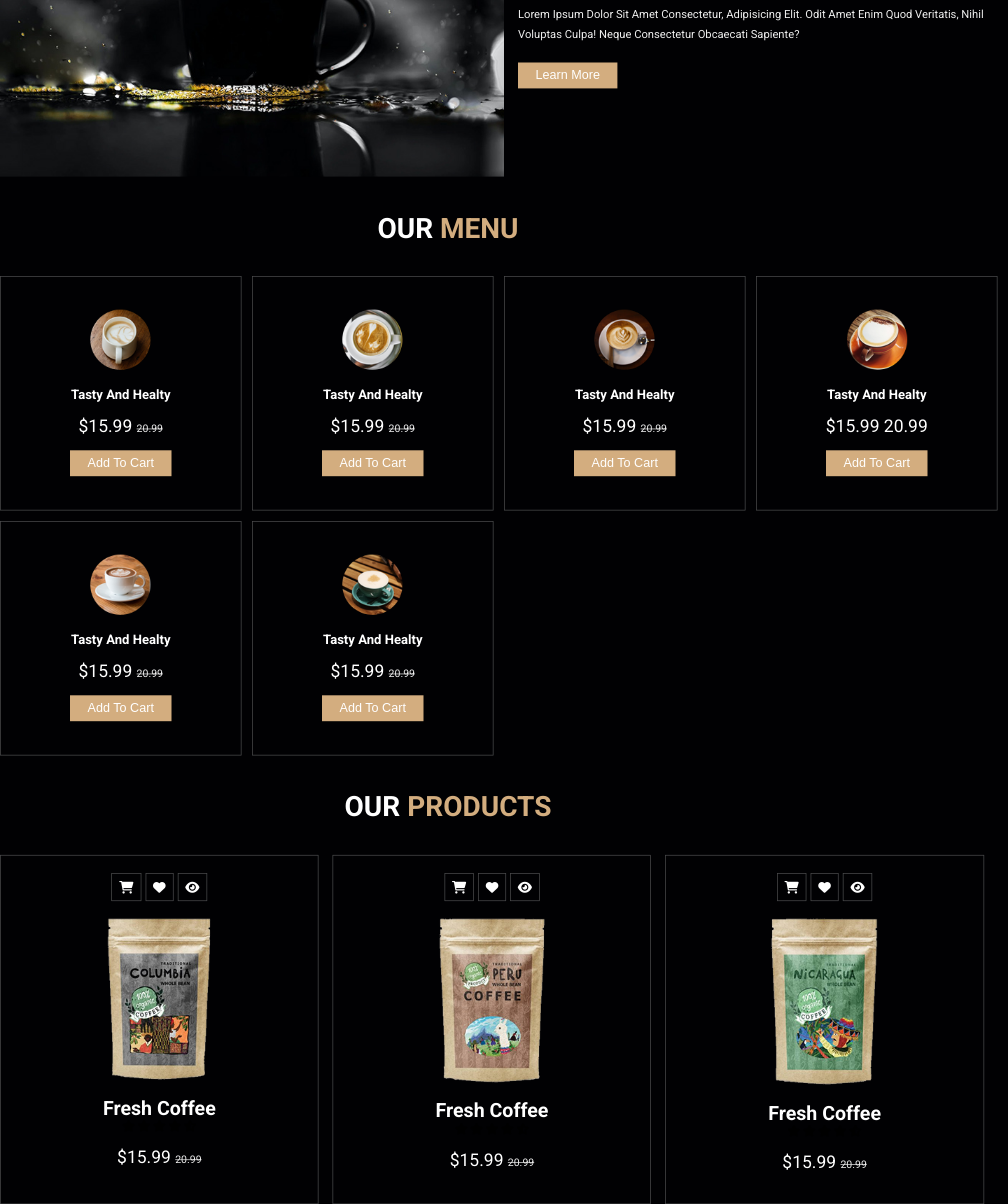
Repository: Dinhthai303/DinhThai
Page: index.html
These files come from the project's save history. The page is drawn as it stood at one moment and after the next save; the edit follows.
The browser window is 1280 px wide. The page is 1440 px wide, so the pictures cover 1440 px, including what lies to the right of the window. The pictures show the part of the page from y = 1346 to 3066 px (the page is 3066 px tall before and 3062 px after), at 70% of full size.

Above is the page before, as saved 2021-11-28 00:57:58.

### index.html
<!DOCTYPE html>
<html lang="en">

<head>
    <meta charset="UTF-8">
    <meta http-equiv="X-UA-Compatible" content="IE=edge">
    <meta name="viewport" content="width=device-width, initial-scale=1.0">
    <title>Document</title>
    <!-- FONT AWESOME -->
    <link rel="stylesheet" href="https://cdnjs.cloudflare.com/ajax/libs/font-awesome/6.0.0-beta3/css/all.min.css"
        integrity="sha512-Fo3rlrZj/k7ujTnHg4CGR2D7kSs0v4LLanw2qksYuRlEzO+tcaEPQogQ0KaoGN26/zrn20ImR1DfuLWnOo7aBA=="
        crossorigin="anonymous" referrerpolicy="no-referrer" />
    <!-- GOOLE FONT -->
    <link rel="preconnect" href="https://fonts.googleapis.com">
    <link rel="preconnect" href="https://fonts.gstatic.com" crossorigin>
    <link href="https://fonts.googleapis.com/css2?family=Roboto:wght@300;400;500;700&display=swap" rel="stylesheet">
    <!-- MAIN CSS -->
    <link rel="stylesheet" href="./css/style.css">
</head>

<body>
    <header class="header">
        <div class="container">
            <div class="header__content">
                <div class="header__logo">
                    <img src="./images/logo.png" alt="">
                </div>
                <ul class="header__menu">
                    <li class="header__item"><a class="header__link" href="#">Home</a></li>
                    <li class="header__item"><a class="header__link" href="#">About</a></li>
                    <li class="header__item"><a class="header__link" href="#">Menu</a></li>
                    <li class="header__item"><a class="header__link" href="#">Product</a></li>
                    <li class="header__item"><a class="header__link" href="#">Review</a></li>
                    <li class="header__item"><a class="header__link" href="#">Contact</a></li>
                    <li class="header__item"><a class="header__link" href="#">Blog</a></li>
                </ul>
                <div class="header__icon">
                    <i class="fa fa-search"></i>
                    <i class="fa fa-shopping-cart"></i>
                </div>
            </div>
        </div>
    </header>
    <section class="banner">
        <div class="banner__content">
            <img class="banner__image" src="./images/home-img.jpeg" alt="">
            <div class="banner__text">
                <h3 class="banner__title">FRESH COFFEE IN THE MORNING</h3>
                <p class="banner__desc">Lorem Ipsum, Dolor Sit Amet Consectetur Adipisicing Elit. Placeat Labore, Sint
                    Cupiditate Distinctio Tempora Reiciendis.</p>
                <button class="btn">Get Your now</button>
            </div>
        </div>
    </section>
    <section class="about">
        <h2 class="heading">About <span>us</span></h2>
        <div class="container">
            <div class="about__content">
                <div class="about__left">
                    <img class="about__image" src="./images/about-img.jpeg" alt="">
                </div>
                <div class="about__right">
                    <div class="about__text">
                        <h2 class="about__title">What Makes Our Coffee Special?</h2>
                        <p class="about__desc">Lorem Ipsum Dolor Sit Amet Consectetur Adipisicing Elit. Voluptatibus Qui
                            Ea Ullam, Enim Tempora Ipsum Fuga Alias Quae Ratione A Officiis Id Temporibus Autem? Quod
                            Nemo Facilis Cupiditate. Ex, Vel?</p>
                        <p class="about__desc">Lorem Ipsum Dolor Sit Amet Consectetur, Adipisicing Elit. Odit Amet Enim
                            Quod Veritatis, Nihil Voluptas Culpa! Neque Consectetur Obcaecati Sapiente?</p>
                        <button class="btn about__button">Learn More</button>
                    </div>
                </div>
            </div>
        </div>
    </section>
    <section class="menu">
        <h2 class="heading"><span>our</span> menu</h2>
        <div class="container">
            <div class="menu__content">
                <div class="menu__item">
                    <div class="menu__text">
                        <img src="./images/menu-1.png" alt="" class="menu__img">
                        <h3 class="menu__title">Tasty And Healty
                        </h3>
                        <div class="menu__price price">$15.99 <span class="menu__price--old old">20.99</span></div>
                        <button class="btn menu__button">Add To Cart</button>
                    </div>
                </div>
                <div class="menu__item">
                    <div class="menu__text">
                        <img src="./images/menu-2.png" alt="" class="menu__img">
                        <h3 class="menu__title">Tasty And Healty
                        </h3>
                        <div class="menu__price price">$15.99 <span class="menu__price--old old">20.99</span></div>
                        <button class="btn menu__button">Add To Cart</button>
                    </div>
                </div>
                <div class="menu__item">
                    <div class="menu__text">
                        <img src="./images/menu-3.png" alt="" class="menu__img">
                        <h3 class="menu__title">Tasty And Healty
                        </h3>
                        <div class="menu__price price">$15.99 <span class="menu__price--old old">20.99</span></div>
                        <button class="btn menu__button">Add To Cart</button>
                    </div>
                </div>
                <div class="menu__item">
                    <div class="menu__text">
                        <img src="./images/menu-4.png" alt="" class="menu__img">
                        <h3 class="menu__title">Tasty And Healty
                        </h3>
                        <div class="menu__price price">$15.99 <span class="menu__price--old price">20.99</span></div>
                        <button class="btn menu__button">Add To Cart</button>
                    </div>
                </div>
                <div class="menu__item">
                    <div class="menu__text">
                        <img src="./images/menu-5.png" alt="" class="menu__img">
                        <h3 class="menu__title">Tasty And Healty
                        </h3>
                        <div class="menu__price price">$15.99 <span class="menu__price--old old">20.99</span></div>
                        <button class="btn menu__button">Add To Cart</button>
                    </div>
                </div>
                <div class="menu__item">
                    <div class="menu__text">
                        <img src="./images/menu-6.png" alt="" class="menu__img">
                        <h3 class="menu__title">Tasty And Healty
                        </h3>
                        <div class="menu__price price">$15.99 <span class="menu__price--old old">20.99</span></div>
                        <button class="btn menu__button">Add To Cart</button>
                    </div>
                </div>
            </div>
        </div>
    </section>
    <section class="products">
        <h2 class="heading"><span>OUR</span> PRODUCTS</h2>
        <div class="container">
            <div class="products__content">
                <div class="products__item">
                    <div class="products__social">
                        <i class="fa fa-shopping-cart"></i>
                        <i class="fa fa-heart"></i>
                        <i class="fa fa-eye"></i>
                    </div>
                    <div class="products__img">
                        <img src="./images/product-2.png" alt="">
                    </div>
                    <h3 class="products__title">Fresh Coffee</h3>
                    <div class="products__star">
                        <i class="fa fa-star"></i>
                        <i class="fa fa-star"></i>
                        <i class="fa fa-star"></i>
                        <i class="fa fa-star"></i>
                        <i class="fa fa-star-half-alt"></i>
                    </div>
                    <div class="price">$15.99 <span class="old">20.99</span></div>
                </div>
                <div class="products__item">
                    <div class="products__social">
                        <i class="fa fa-shopping-cart"></i>
                        <i class="fa fa-heart"></i>
                        <i class="fa fa-eye"></i>
                    </div>
                    <div class="products__img">
                        <img src="./images/product-3.png" alt="">
                    </div>
                    <h3 class="products__title">Fresh Coffee</h3>
                    <div class="products__star">
                        <i class="fa fa-star"></i>
                        <i class="fa fa-star"></i>
                        <i class="fa fa-star"></i>
                        <i class="fa fa-star"></i>
                        <i class="fa fa-star-half-alt"></i>
                    </div>
                    <div class="price">$15.99 <span class="old">20.99</span></div>
                </div>
                <div class="products__item">
                    <div class="products__social">
                        <i class="fa fa-shopping-cart"></i>
                        <i class="fa fa-heart"></i>
                        <i class="fa fa-eye"></i>
                    </div>
                    <div class="products__img">
                        <img src="./images/product-1.png" alt="">
                    </div>
                    <h3 class="products__title">Fresh Coffee</h3>
                    <div class="products__star">
                        <i class="fa fa-star"></i>
                        <i class="fa fa-star"></i>
                        <i class="fa fa-star"></i>
                        <i class="fa fa-star"></i>
                        <i class="fa fa-star-half-alt"></i>
                    </div>
                    <div class="price">$15.99 <span class="old">20.99</span></div>
                </div>
            </div>
        </div>
    </section>
    <section class="review"></section>
    <section class="contact"></section>
    <section class="blog"></section>
    <footer class="footer"></footer>
</body>

</html>

### css/style.css
*{
    margin: 0;
    padding: 0;
    box-sizing: border-box;
}
body{
    font-family: 'Roboto', sans-serif;
    background-color: #010103;
    font-weight: 400;
}
.heading{
    color: #D3AD7F;
    text-transform: uppercase;
    font-size: 40px;
    text-align: center;
    margin-bottom: 45px;
    margin-top: 50px;
}
.heading span{
    color: white;
}
.container{
    width: 1440px;
    margin: 0 auto;
}
.header{
    background-color: #010103;
    border-bottom: 1px solid #4D4E4F;
}
.header__content{
    display: flex;
    justify-content: space-between;
    align-items: center;
    background-color: #010103;
    padding: 15px 0;
}
.header__menu{
    display: flex;
    list-style: none;
    gap: 20px;
}
.header__item:hover .header__link{
    color: #D3AD7F;
}
.header__item:hover .header__link::after{
    opacity: 1;
    transform: translateY(7px);
}
.header__link::after{
    content: "";
    width: 100%;
    height: 2px;
    position: absolute;
    left: 0;
    bottom: 0;
    background-color: #D3AD7F;
    transition: all .5s;
    opacity: 0;
}
.header__link{
    position: relative;
    color: white;
    text-decoration: none;
}
.header__icon i{
    color: white;
    font-size: 23px;
    margin: 0 10px;
    cursor: pointer;
}
.header__icon i:hover{
    color: #D3AD7F;
}
.header__logo img{
    width: 70px;
}
.banner__content{
    position: relative;
    width: 100%;
    height: 850px;
}
.banner__image{
    width: 100%;
    height: 100%;
    object-fit: cover;
}
.banner__text{
    position: absolute;
    top: 50%;
    left: 120px;
    transform: translateY(-50%);
    width: 570px;
}
.banner__title{
    font-size: 58px;
    color: white;
}
.banner__desc{
    font-size: 20px;
    color: rgb(238, 238, 238);
    font-weight: lighter;
    line-height: 1.8;
    margin: 20px 0;
}
.btn{
    background-color: #D3AD7F;
    border: none;
    color: white;
    padding: 8px 25px;
    font-size: 18px;
}

.about__image{
    width: 100%;
    display: block;
}
.about__left, .about__right{
    width: 50%;
}
.about__content{
    display: flex;
}
.about__title{
    color: white;
    font-size: 30px;
}
.about__right{
    display: flex;
    align-items: center;
}
.about__desc{
    color: rgb(238, 238, 238);
    margin-top: 10px;
    line-height: 1.8;
}
.about__button{
    margin-top: 25px;
}
.about__text{
    margin-left: 20px;
}
.menu__content{
    display: flex;
    flex-wrap: wrap;
    gap: 15px;
}
.menu__item{
    width: calc(25% - 15px);
    border: 1px solid #4D4E4F;
    height: 335px;
    text-align: center;
    display: flex;
    justify-content: center;
    align-items: center;
}
.menu__title{
    color: white;
    margin-top: 20px;
}
.price{
    color: white;
    font-size: 25px;
    margin: 20px 0;
}
.old{
    color: rgb(238, 238, 238);
    text-decoration: line-through;
    font-size: 15px;
}
.products__content{
    display: flex;
    gap: 20px;
}
.products__item{
    width: calc(33% - 20px);
    border: 1px solid #4D4E4F;
    text-align: center;
    padding: 25px 0;
}
.products__title{
    color: white;
    margin-top: 20px;
    font-size: 28px;
}
.products__social{
    margin-bottom: 25px;
}
.products__social i {
    color: white;
    padding: 10px 10px;
    border: 1px solid #4D4E4F;
    font-size: 18px;
    margin: 0 1px;
}

After the next save:
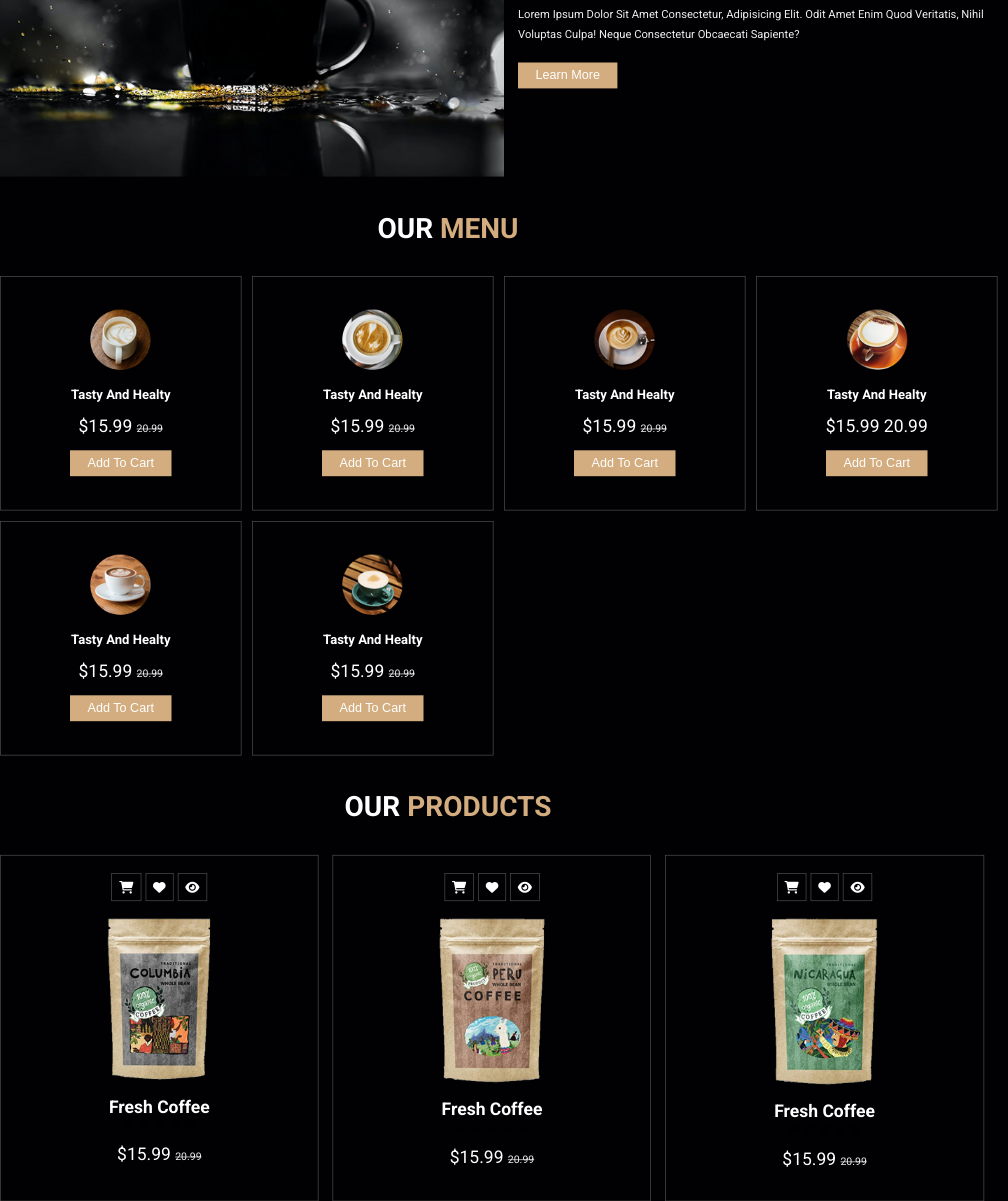
Saved 4 s later.
--- a/css/style.css
+++ b/css/style.css
@@ -180,7 +180,7 @@ body{
 .products__title{
     color: white;
     margin-top: 20px;
-    font-size: 28px;
+    font-size: 25px;
 }
 .products__social{
     margin-bottom: 25px;
